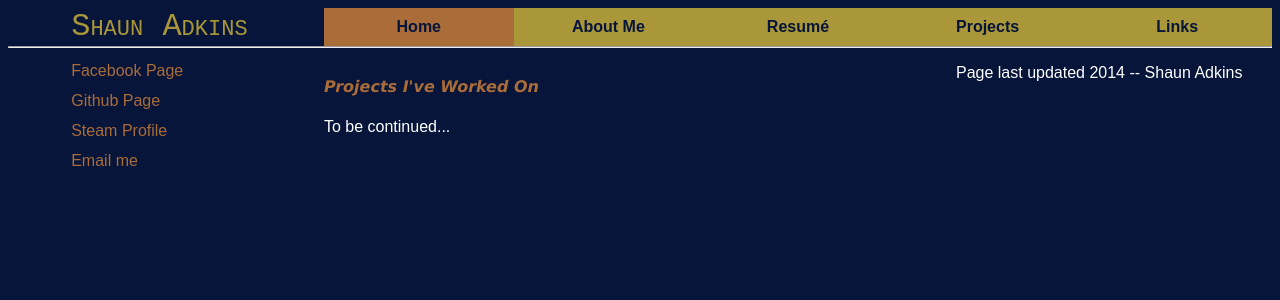
Repository: adkinsrs/sadkins_site
Page: html/projects.html
The author's editor kept a record of every edit. The page is drawn from the files as they stood at one moment, then again after the next edit.
The browser window is 1280 px wide. The pictures show the whole page.

Above is the page before.

### html/projects.html
<!DOCTYPE html>

<!--
Resume Page
-->
<html lang="en">
    <head>
        <meta charset="utf-8" />
        <meta name="viewport" content="width=device-width">
        <title>Resume</title>
        <link rel="stylesheet" href="../css/main.css" type="text/css"/>
    </head>

    <body>
        <nav>
            <a class="site_name" href="/">Shaun Adkins</a>
            <ul>
                <li class="navmenu"><a class="current" href="./home.html">Home</a></li>
                <li class="navmenu"><a class="otherpage" href="./about.html">About Me</a></li>
                <li class="navmenu"><a class="otherpage" href="./resume.html">Resum&#233;</a></li>
                <li class="navmenu"><a class="otherpage" href="./projects.html">Projects</a></li>                <li class="navmenu"><a class="otherpage" href="./links.html">Links</a></li>
            </ul>
        <nav>
        <hr>

        <aside>
            <ul>
                <li><a class="links" href="https://www.facebook.com/adkinsrs">Facebook Page</a></li>
                <li><a class="links" href="https://github.com/adkinsrs">Github Page</a></li>
                <li><a class="links" href="http://steamcommunity.com/id/MeNoSeeGood">Steam Profile</a></li>
                <li><a class="links" href="mailto:shaun.adkins@gmail.com?Subject=SAdkins%20Website">Email me</a></li>
            </ul>
        </aside>

        <section>
            <h1>Projects I've Worked On</h1>

            <div id="text_container">
                <p>To be continued...</p>
            </div>
        </section>

            <div id="footer">
                <p>Page last updated 2014 -- Shaun Adkins</>
            </div>
        </div>
    </body>
</html>

### css/main.css
body {
    background-color: #061539;
    color: #FFFFFF;
    font-family: Arial, Helvetica, sans-serif;
}

/* To support HTML5 elements in Internet Explorer 8 */
header, section, footer, aside, nav, main, article, figure {
    display: block;
}

h1, h3 {
    font-family:"Lucida Sans Unicode", "Lucida Grande", sans-serif;
    color: #AA6C39;
    font-style: italic;
}

nav {
    text-align: left;
}

ul {
    list-style-type: none;
    margin:0;
    padding: 0;
}

ol {
    padding-left: 20px;
}

img {
    width: 33%;
}

footer {
    width: 50%;
    margin-left: 25%;
    clear: both;
    text-align: left;
}

.navmenu {
    text-align: center;
	font-family: Arial, Helvetica, sans-serif;
    font-weight: bold;
}

/* <a> menu links */
.current, .otherpage {
    display: block;
    text-decoration: none;
    color: #061539;
}

.current, .current:visited {
    background-color: #AA6C39;
}

.otherpage, .otherpage:visited {
    background-color: #AA9739;
}

.current:hover,.otherpage:hover, .links:hover {
    color: #FFFFFF;
}

.links {
    text-decoration: none;
    color: #AA6C39;
}

.site_name {
    text-decoration: none;
    color: #AA9739;
    font-size: 2em;
    font-family: "Courier New", Courier, monospace;
    font-variant: small-caps;
}

.normal_list {
    list-style-type: disc;
    padding-left:10px;
}

/* tablet size screens */
@media screen and (max-width: 720px){
    .navmenu {
        width: 100%;
    }

    .site_name {
        display: block;
        width: 100%;
        text-align: center;
        clear: both;
        line-height: 30px;
    }

    aside {
        width: 100%;
        text-align: center;
        margin: auto;
        float: none;
    }

    section {
        margin-left: 16%;
        margin-right: 16%;
        width: 68%;
        text-align: justify;
    }

    footer {
        font-size: 0.5em;
    }

    h1 {
        text-align: center;
    }

    img {
        width: 66%;
        margin-left: auto;
        margin-right: auto;
        padding: 20px;
        display: block;
    }

}


/* large size screens */
@media screen and (min-width: 721px){

    aside {
        float: left;
        text-align: left;
        line-height: 30px;
        width: 20%;
        margin-left: 5%;
    }

    section {
        width: 50%;
        float: left;
        text-align: left;
    }

    footer {
        font-size: 0.75em;
    }

    .navmenu {
        float: left;
        width: 15%;
        clear: right;
    }

    /* <a> menu links */
    .current, .otherpage {
        padding: 10px;
    }

    .site_name {
        width: 20%;
        margin-left: 5%;
        float: left;
    }

    .img_left {
        float: left;
    }

    .img_right {
        float: right;
    }
}

After the next edit:
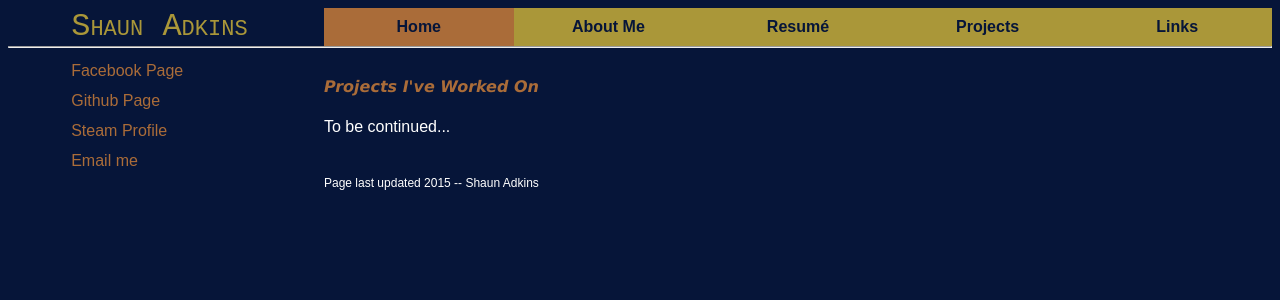
The edit:
--- a/html/projects.html
+++ b/html/projects.html
@@ -35,14 +35,11 @@
         <section>
             <h1>Projects I've Worked On</h1>
 
-            <div id="text_container">
                 <p>To be continued...</p>
-            </div>
         </section>
 
-            <div id="footer">
-                <p>Page last updated 2014 -- Shaun Adkins</>
-            </div>
-        </div>
+        <footer>
+            <p>Page last updated 2015 -- Shaun Adkins</>
+        </footer>
     </body>
 </html>
